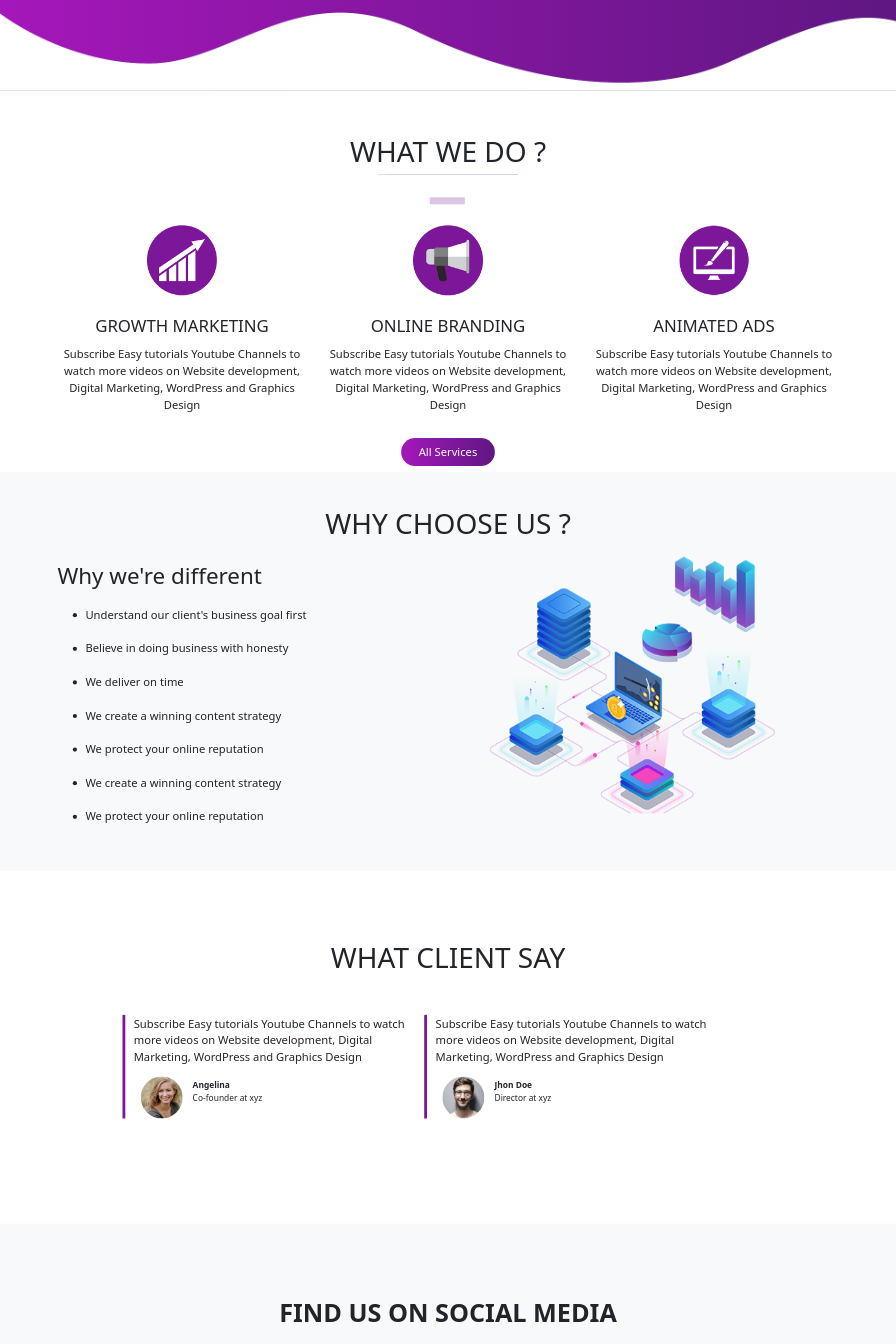
Repository: wadelfadill/Bootstrap_tache_2_website_design
Page: index.html
The author's editor kept a copy of each file at every save. The page is drawn from the files as they stood at one save, then again after the next save.
The browser window is 1280 px wide. The pictures show the part of the page from y = 587 to 2507 px (the page is 3084 px tall before and 3088 px after), at 70% of full size.
Some web libraries are served in a nearby version.

Above is the page before, as saved 2023-04-06 17:38:57.

### index.html
<!DOCTYPE html>
<html lang="en">
<head>
    <meta charset="UTF-8">
    <meta http-equiv="X-UA-Compatible" content="IE=edge">
    <meta name="viewport" content="width=device-width, initial-scale=1.0">
    <!-- bootstrap css link -->
    <link href="https://cdn.jsdelivr.net/npm/bootstrap@5.1.3/dist/css/bootstrap.min.css" rel="stylesheet" integrity="sha384-1BmE4kWBq78iYhFldvKuhfTAU6auU8tT94WrHftjDbrCEXSU1oBoqyl2QvZ6jIW3" crossorigin="anonymous">
    <!-- css sheet link -->
    <link rel="stylesheet" href="style.css">
    <!-- fontawsome link -->
    <link rel="stylesheet" href="https://cdn.jsdelivr.net/npm/@fortawesome/fontawesome-free@6.2.1/css/fontawesome.min.css">
    <title>bootstrap_website_design</title>
    <script src="https://kit.fontawesome.com/8f130c8a35.js" crossorigin="anonymous"></script>
</head>
<body>
    <section id="nav-bar" class="sticky-top t-0">
        <nav class="navbar navbar-expand-lg navbar-light p-0">
            <div class="container-fluid">
              <a class="navbar-brand" href="#"><img src="images/demo-logo.png" alt="" class="w-75 h-50 p-2"></a>
              <button class="navbar-toggler" type="button" data-bs-toggle="collapse" data-bs-target="#navbarSupportedContent" aria-controls="navbarSupportedContent" aria-expanded="false" aria-label="Toggle navigation">
                <span><i class="fa-solid fa-bars fs-1" style="color: #ffffff;"></i></span>
              </button>
              <div class="collapse navbar-collapse justify-content-end" id="navbarSupportedContent">
                <ul class="navbar-nav ms-auto mb-2 mb-lg-0 ">
                  <li class="nav-item pt-0 pb-1 fw-bold">
                    <a class="nav-link active text-white float-end text-start" aria-current="page" href="#banner">HOME</a>
                  </li>
                  <li class="nav-item pt-0 pb-1 fw-bold">
                    <a class="nav-link text-white float-end text-start" href="#services">SERVICES</a>
                  </li>
                  <li class="nav-item pt-0 pb-1 fw-bold">
                    <a class="nav-link text-white float-end text-start" href="#about-us">ABOUT US</a>
                  </li>
                  <li class="nav-item pt-0 pb-1 fw-bold">
                    <a class="nav-link text-white float-end text-start" href="#testimonials">TESTIMONIALS</a>
                  </li>
                  <li class="nav-item pt-0 pb-1 fw-bold">
                    <a class="nav-link text-white float-end text-start" href="#footer">CONTACT</a>
                  </li>
                </ul>
              </div>
            </div>
          </nav>
    </section>
     <!--banner section  -->
     <section id="banner" class="text-white pt-5">
      <div class="container">
        <div class="row">
          <div class="col-md-6">
            <p class="h2 mt-5">BEST DIGITAL AGENCY</p>
            <p>
              Subscribe Easy tutorials Youtube Channels to watch more videos on
              Website development, Digital Marketing, WordPress and Graphics Design
            </p>
            <a href="" class="tuto text-white text-decoration-none"><img src="images/play.png" alt="" class="play-btn"> Watch tutorials</a>
          </div>
          <div class="col-md-6 text-center">
            <img src="images/home2.png" alt="" class="img-fluid">
          </div>
        </div>
      </div>
     <img src="images/wave1.png" alt="" class="w-100">
     </section>
     <!-- services section -->
     <section id="services" class="pt-5 pb-0">
        <div class="container text-center">
          <div class="row m-3">
            <h1 class="title text-center">WHAT WE DO ? </h1>
            <hr class="title-hr">
          </div>

          <div class="row text-center">
            <div class="col-md-4 services">
              <img src="images/service1.png" alt="" class="service-img">
              <h4>Growth Marketing</h4>
              <p>
                Subscribe Easy tutorials Youtube Channels to watch more videos on
                Website development, Digital Marketing, WordPress and Graphics Design
              </p>
            </div>
            <div class="col-md-4 services">
              <img src="images/service2.png" alt="" class="service-img">
              <h4>Online Branding</h4>
              <p>
                Subscribe Easy tutorials Youtube Channels to watch more videos on
                Website development, Digital Marketing, WordPress and Graphics Design
              </p>
            </div>
            <div class="col-md-4 services">
              <img src="images/service3.png" alt="" class="service-img">
              <h4>Animated Ads</h4>
              <p>
                Subscribe Easy tutorials Youtube Channels to watch more videos on
                Website development, Digital Marketing, WordPress and Graphics Design
              </p>
            </div>
          </div>
          <button type="button" class="btn btn-primary mb-2">All Services </button>
        </div>
     </section>
     <!-- about us  -->
     <section id="about-us">
        <div class="container">
          <h1 class="title text-center"> WHY CHOOSE US ?</h1>
          <div class="row">
            <div class="col-md-6">
              <p class="h2 mt-4">Why we're different</p>
              <ul class="ms-2">
                <li class="mt-4 mb-0">Understand our client's business goal first</li>
                <li class="mt-4 mb-0">Believe in doing business with honesty</li>
                <li class="mt-4 mb-0">We deliver on time</li>
                <li class="mt-4 mb-0">We create a winning content strategy</li>
                <li class="mt-4 mb-0">We protect your online reputation</li>
                <li class="mt-4 mb-0">We create a winning content strategy</li>
                <li class="mt-4 mb-0">We protect your online reputation</li>
              </ul>
            </div>
            <div class="col-md-6">
              <img src="images/network.png" alt="" class="img-fluid">
            </div>
          </div>
        </div>
     </section>
     <!-- testimonials section -->
     <section id="testimonials">
      <div class="container">
        <h1 class="title text-center"> WHAT CLIENT SAY</h1>
        <div class="row offset-1">
          <div class="col-md-5 testimonials">
            <p>
              Subscribe Easy tutorials Youtube Channels to watch more videos on
              Website development, Digital Marketing, WordPress and Graphics Design
            </p>
            <img src="images/user1.jpg" alt="">
            <p class="user-details"><b>Angelina</b><br>Co-founder at xyz</p>

          </div>
          <div class="col-md-5 testimonials">
            <p>
              Subscribe Easy tutorials Youtube Channels to watch more videos on
              Website development, Digital Marketing, WordPress and Graphics Design
            </p>
            <img src="images/user2.jpg" alt="">
            <p class="user-details"><b>Jhon Doe</b><br>Director at xyz</p>
          </div>
        </div>
      </div>
     </section>
     <!-- social media section -->
     <section id="social-media">
        <div class="container text-center">
          <p>FIND US ON SOCIAL MEDIA</p>
          <div class="social-icons">
            <a href=""><img src="images/facebook-icon.png" alt=""></a>
            <a href=""><img src="images/instagram-icon.png" alt=""></a>
            <a href=""><img src="images/twitter-icon.png" alt=""></a>
            <a href=""><img src="images/whatsapp-icon.png" alt=""></a>
            <a href=""><img src="images/linkedin-icon.png" alt=""></a>
            <a href=""><img src="images/snapchat-icon.png" alt=""></a>
          </div>

        </div>
     </section>
     <!-- footer section -->
     <section id="footer">
      <img src="images/wave2.png" alt="" class="footer-img">
      <div class="container">
        <div class="row">
          <div class="col-md-4 footer-box">
            <img src="images/demo-logo.png" alt="">
            <p>
              Subscribe Easy tutorials Youtube Channels to watch more videos on
              Website development, Digital Marketing, WordPress and Graphics Design
            </p>

          </div>
          <div class="col-md-4 footer-box">
            <p><b>CONTACT US</b></p>
            <P><i class="fa-solid fa-location-dot" style="color: #ffffff;"></i>World Trade Center, bangalore</P>
            <P><i class="fa-solid fa-phone" style="color: #ffffff;"></i>+1 0123456789</P>
            <P><i class="fa-solid fa-envelope" style="color: #ffffff;"></i>xyz@gmail.com</P>
          </div>
          <div class="col-md-4 footer-box">
            <p><b> SUBSCRIBE NEWSLETTER</b></p>
            <input type="mail" name="" id="" class="form-control" placeholder="Your Email">
            <button type="button" class="btn btn-primary">Subscribe</button>
          </div>
        </div>
        <hr class="footer-hr">
        <p class="copyright">Website certified by EL_FADILL</p>
      </div>
     </section>


     <!-- smooth scroll -->
     <script src="https://cdn.jsdelivr.net/gh/cferdinandi/smooth-scroll/dist/smooth-scroll.polyfills.min.js">
        var scroll = new SmoothScroll('a[href*="#"]');
     </script>

        <!-- bootstrap js link -->
    <script src="https://cdn.jsdelivr.net/npm/bootstrap@5.1.3/dist/js/bootstrap.bundle.min.js" integrity="sha384-ka7Sk0Gln4gmtz2MlQnikT1wXgYsOg+OMhuP+IlRH9sENBO0LRn5q+8nbTov4+1p" crossorigin="anonymous"></script>
</body>
</html>

### style.css
*{
    margin: 0;
    padding: 0;
}
.navbar{
    background-image: linear-gradient(to right, #a517ba, #5f1782);
}
.navbar-toggler{
    outline: none !important;
}
/* Banner section */
#banner{
    background-image: linear-gradient(to right, #a517ba, #5f1782);


}
.play-btn{
    width: 45px;
    margin: 20px;
}
.service-img{
    width: 100px;
    margin-top: 20px;
}
.services{
    padding: 20px;
}
.services h4{
    padding: 5px;
    margin-top: 25px;
    text-transform: uppercase;
}
.title{
    position: relative;
}
.title-hr::before{
    content:'';
    background: #7b1798;
    height: 5px;
    width: 200px;
    margin-left: auto;
    margin-right: auto;
    display: block;
    margin-bottom: 20px;
    z-index: 1000;
    top: 0;

}
.title-hr{
    background: #7b1798;
    width: 200px;
    margin-left: auto;
    margin-right: auto;
    height: 5px;
    color: #7b1798;
    border: none;
}
.title-hr::after{
    position: absolute;
    content:'';
    background: #7b1798;
    height: 10px;
    width: 50px;
    margin-top: 0;
    margin-left: auto;
    margin-right: auto;
    display: block;
    transform: translateY(8px);
    left: 48%;
}
#services .btn-primary{
    box-shadow: none;
    padding: 8px 25px;
    border-radius: 20px;
    background-image: linear-gradient(to right, #a517ba, #5f1782);
    outline: none;
    border: none;

}
#about-us{
    background: #f8f9fa;
    padding-bottom: 50px;
    padding-top: 50px;
}
/* testimonials section */
#testimonials{
    margin: 100px 0;

}
.testimonials{
    border-left: 4px solid #7b1798;
    margin-top: 50px;
    margin-bottom: 50px;
}
.testimonials img{
    height: 60px;
    width: 60px;
    border-radius: 50%;
    margin: 0 10px;
}
.user-details{
    display: inline-block;
    font-size: 12px;
}
/* social media secion */
#social-media{
    background: #f8f9fa;
    padding: 100px 0;
}
#social-media p{
    font-size: 36px;
    font-weight: 600;
    margin-bottom: 30px;

}
.social-icons img{
    width: 60px;
    transition: 0.5s;
}
.social-icons a:hover img{
    transform: translateY(-10px);
}
/* footer section */
#footer{
    background-image: linear-gradient(to right, #a517ba, #5f1782);
}
.footer-img{
    width: 100%;
}
.footer-box{
    padding: 20px;

}
.footer-box img{
    width: 120px;
    margin-bottom: 20px;
}
.footer-box .fa-solid{
    margin-right: 8px;
    font-size: 25px;
    width: 40px;
    text-align: center;
    padding-top: 7px;
    border-radius: 2px;
    background-image: linear-gradient(to right, #a517ba, #5f1782);
}
.footer-box .form-control{
    box-shadow: none;
    border: none;
    border-radius: 0;
    margin-top: 25px;
    max-width: 250px;
}
.footer-box .btn-primary{
    box-shadow: none;
    border: none;
    border-radius: 0;
    margin-top: 30px;
    background-image: linear-gradient(to right, #a517ba, #5f1782);

}
hr.footer-hr{
    background-color: #ffff;

}
.copyright{
    margin-bottom: 0;
    padding-bottom: 0;
    text-align: center;
}
/* @media screen and (max-width:768px){
    .title::before{
        margin-bottom: 7px;
    }
} */

After the next save:
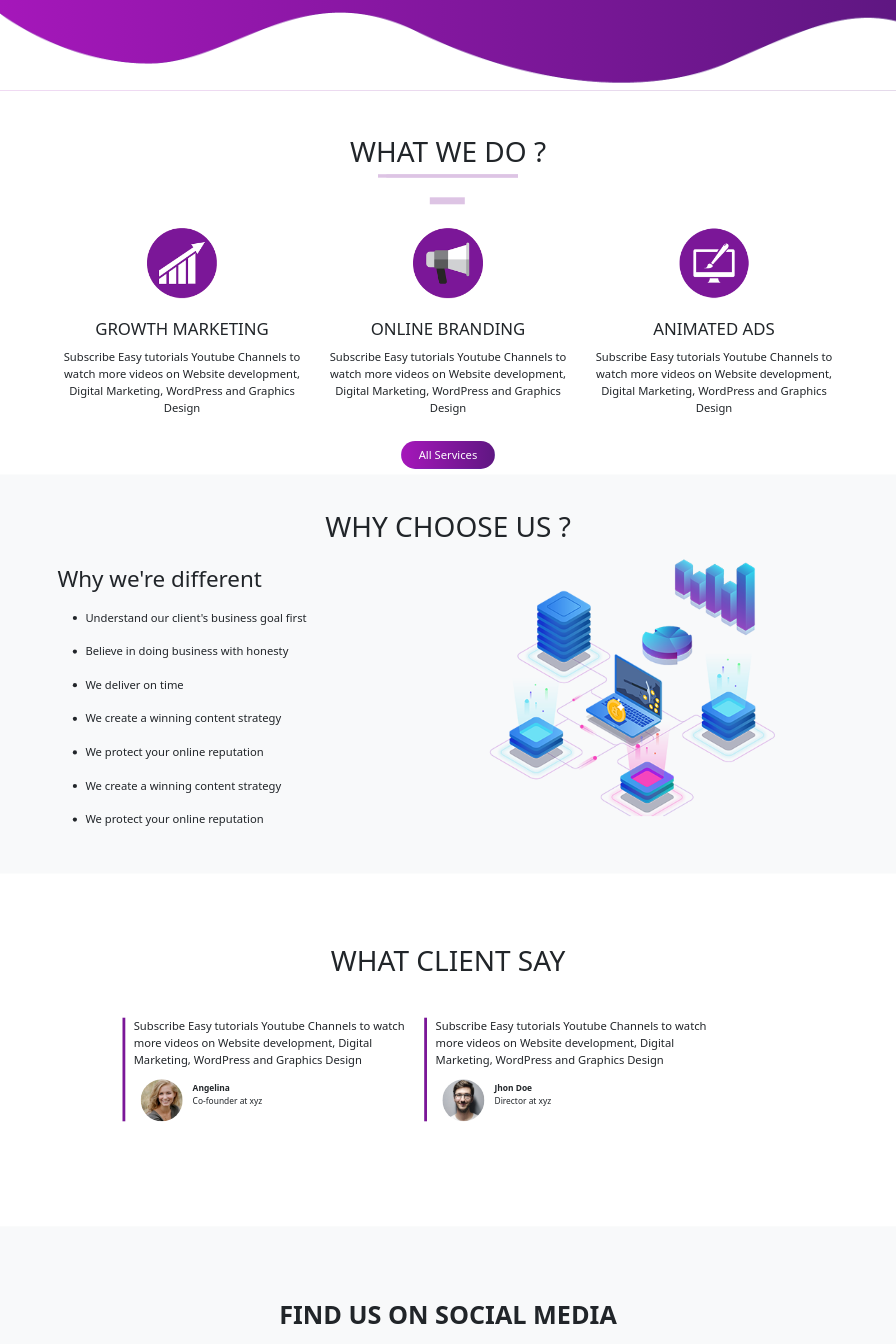
Saved 17 s later.
--- a/style.css
+++ b/style.css
@@ -46,7 +46,7 @@
     top: 0;
 
 }
-.title-hr{
+hr.title-hr{
     background: #7b1798;
     width: 200px;
     margin-left: auto;
